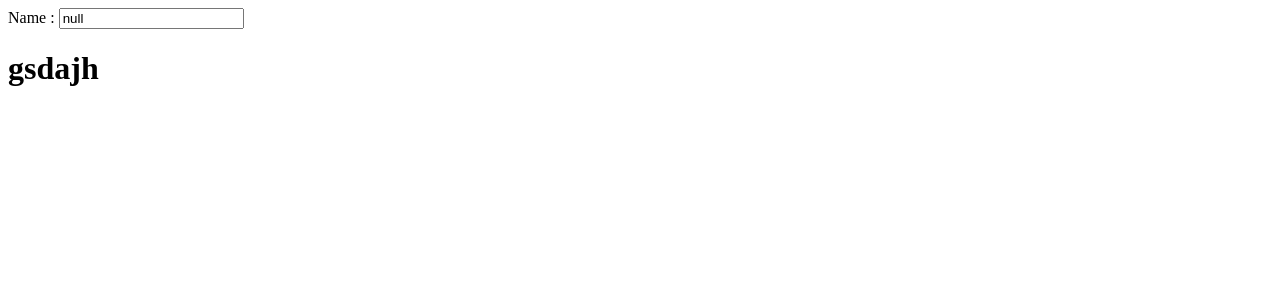
Repository: Ramakrishnmagadum/Servlet
Page: http://localhost/JSP_CRUD_Project/edituser.jsp
An editor plug-in stored every save of this project. The page is shown before and after the next save, followed by the edit.
The browser window is 1280 px wide. The pictures show the whole page.
The page is served by Tomcat 9. Queries for data that is not in the repository find no rows.

Above is the page before, as saved 2025-02-28 17:45:45.

After the next save:
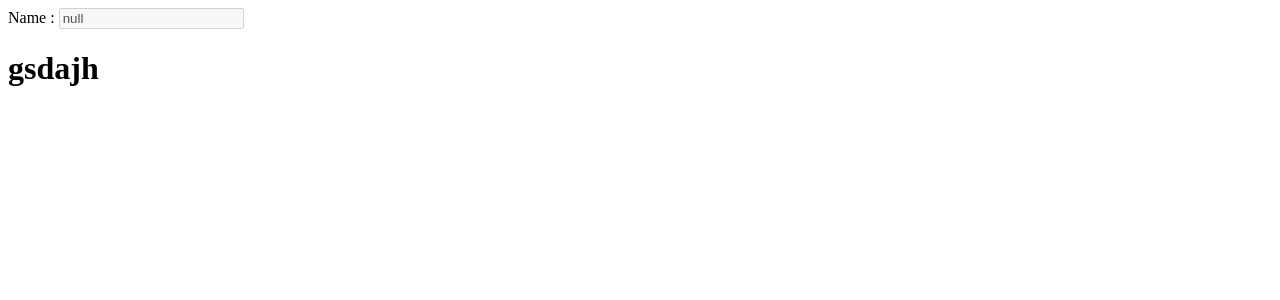
Saved 9 s later.
--- a/JSP_CRUD_Project/src/main/webapp/edituser.jsp
+++ b/JSP_CRUD_Project/src/main/webapp/edituser.jsp
@@ -14,7 +14,7 @@ StudentsBean bean=DAO.getrecord(name);
 String name2 =bean.getName();
 %>
 <form action="edituser2.jsp" method="post">
-Name : <input type="text" name="name" value="<%=name2%>">
+Name : <input type="text" name="name" value="<%=name2%>" disabled="disabled">
 </form>
 <h1>gsdajh</h1>
 
